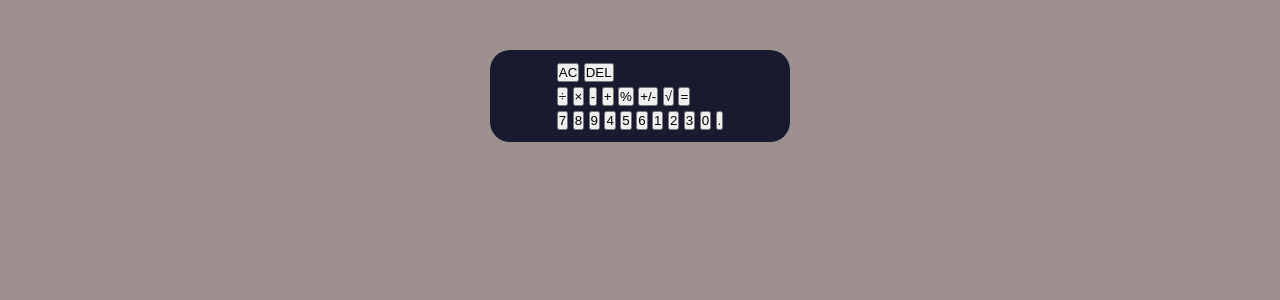
Repository: MikkyPrestige/js-calculator
Page: index.html
These files come from the project's save history. The page is drawn as it stood at one moment and after the next save; the edit follows.
The browser window is 1280 px wide. The pictures show the whole page.

Above is the page before, as saved 2023-05-08 01:02:29.

### index.html
<!DOCTYPE html>
<html lang="en">

<head>
  <meta charset="UTF-8">
  <meta http-equiv="X-UA-Compatible" content="IE=edge">
  <meta name="viewport" content="width=device-width, initial-scale=1.0">
  <title>JavaScript Calculator</title>
  <link rel="stylesheet" href="./index.css">
  <!-- <script src="script.js" defer></script> -->
</head>

<body>
  <main>
    <section class="calculator">
      <div class="output">
        <div class="output--curr"></div>
        <div class="output--prev"></div>
      </div>
      <div class="btns">
        <div class="btn--ctrls">
          <button class="btn btn--clear">AC</button>
          <button class="btn btn--del">DEL</button>
        </div>
        <div class="btn--ops">
          <button class="btn btn--op">÷</button>
          <button class="btn btn--op">×</button>
          <button class="btn btn--op">-</button>
          <button class="btn btn--op">+</button>
          <button class="btn btn--op">%</button>
          <button class="btn btn--op">+/-</button>
          <button class="btn btn--op">√</button>
          <button class="btn btn--op">=</button>
        </div>
        <div class="btn--nums">
          <button class="btn btn--num">7</button>
          <button class="btn btn--num">8</button>
          <button class="btn btn--num">9</button>
          <button class="btn btn--num">4</button>
          <button class="btn btn--num">5</button>
          <button class="btn btn--num">6</button>
          <button class="btn btn--num">1</button>
          <button class="btn btn--num">2</button>
          <button class="btn btn--num">3</button>
          <button class="btn btn--num">0</button>
          <button class="btn btn--num">.</button>
        </div>
      </div>
    </section>
  </main>
</body>

</html>

### index.css
*,
*::before,
*::after {
  box-sizing: border-box;
  margin: 0;
  padding: 0;
}

html {
  font-size: 62.5%;
}

body {
  font-family: 'Fira Sans', sans-serif;
  font-size: 1.6rem;
  font-weight: 400;
  line-height: 1.5;
  background: #9F9090;
  min-height: 100%;
  width: 100%;
}

main {
  background: rgba(26, 26, 46, 1);
  width: 100%;
  max-width: 30rem;
  height: 100%;
  margin: 5rem auto;
  padding: 1rem;
  border-radius: 2rem;
  -webkit-border-radius: 2rem;
  -moz-border-radius: 2rem;
  -ms-border-radius: 2rem;
  -o-border-radius: 2rem;
}

.calculator {
  display: flex;
  flex-direction: column;
  justify-content: space-between;
  align-items: center;
  width: 100%;
  height: 100%;
}

.output {
  background: #AFAFB3;
}

After the next save:
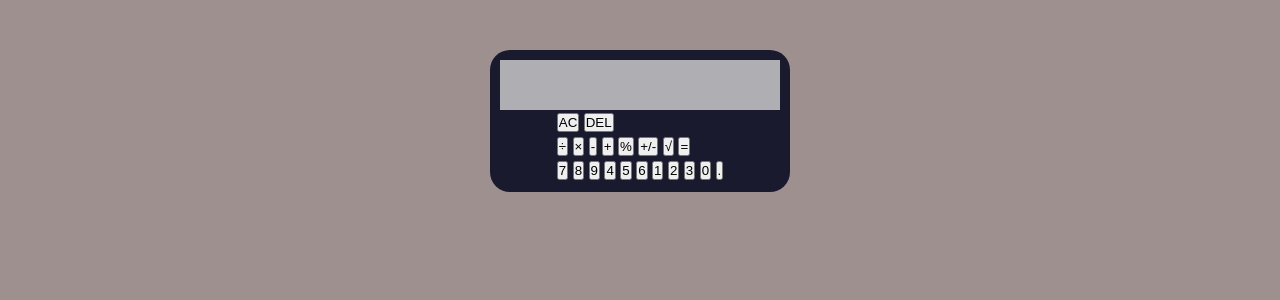
Saved 8 s later.
--- a/index.css
+++ b/index.css
@@ -45,4 +45,6 @@ main {
 
 .output {
   background: #AFAFB3;
+  width: 100%;
+  height: 5rem;
 }
